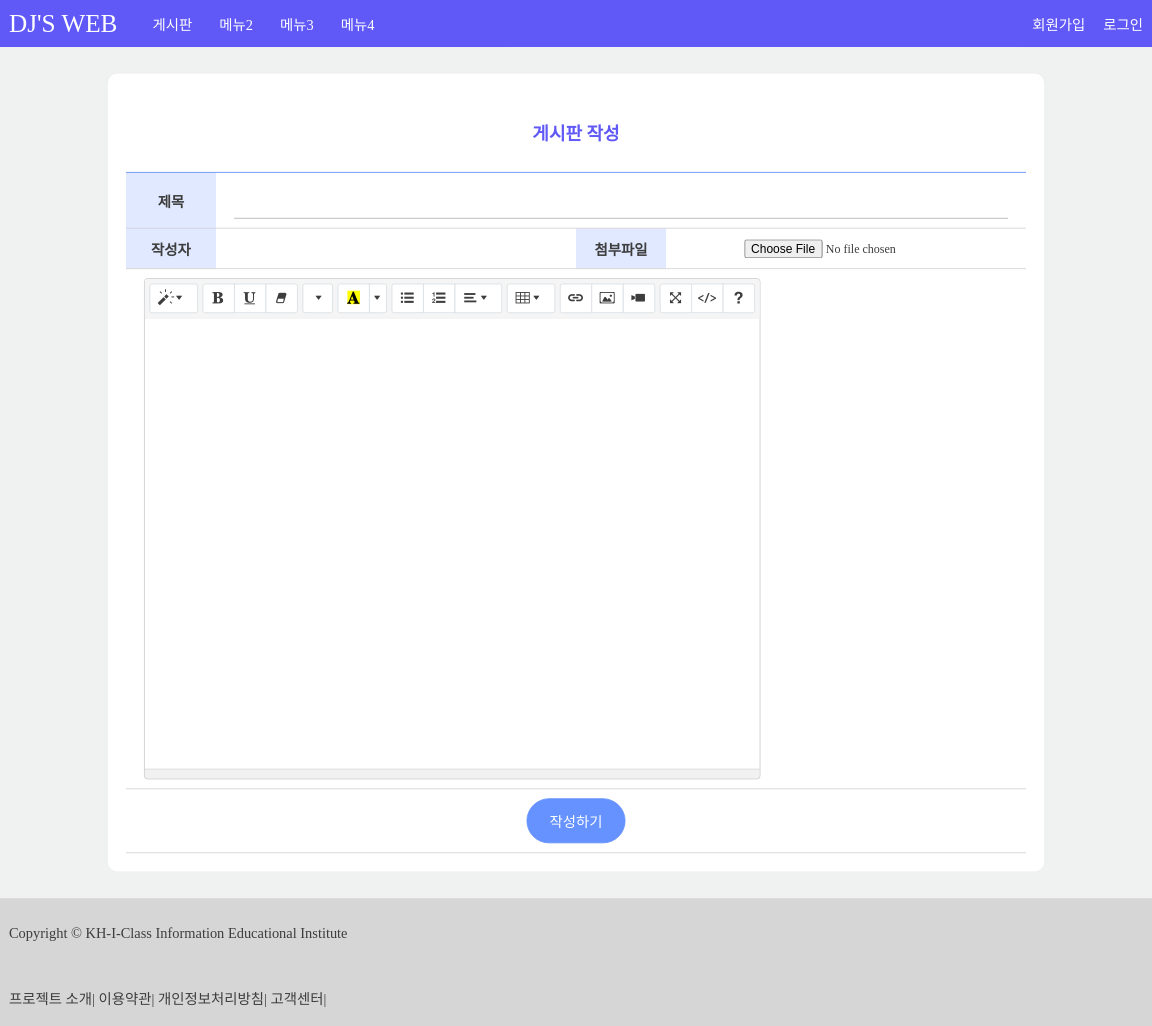
Repository: Godzilla-Man/codingStudy
Page: http://localhost/server_06_notice/WEB-INF/views/notice/editorFrm.jsp
An editor plug-in stored every save of this project. The page is shown before and after the next save, followed by the edit.
The browser window is 1280 px wide. The pictures show the whole page, at 90% of full size.
Some web fonts or font styles are not loaded; a fallback is used. The page is served by Tomcat 9. Nobody is signed in. The template is opened directly, without the code that normally fills it, so the values that code supplies are empty.

Above is the page before, as saved 2025-05-13 04:52:34.

After the next save:
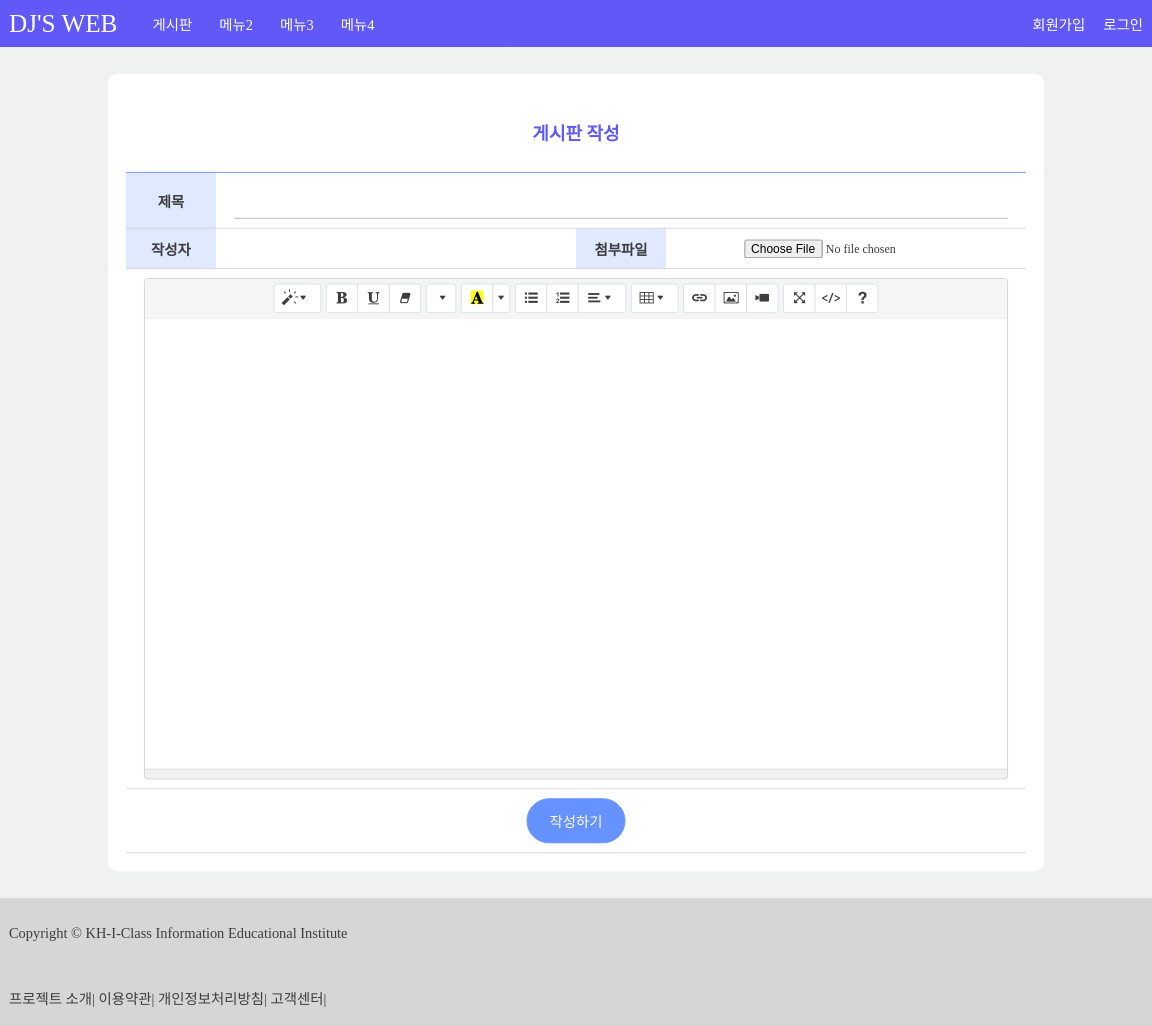
Saved 49 s later.
--- a/server_06_notice/src/main/webapp/WEB-INF/views/notice/editorFrm.jsp
+++ b/server_06_notice/src/main/webapp/WEB-INF/views/notice/editorFrm.jsp
@@ -39,6 +39,10 @@
         /* height: 300px; */ /* Summernote의 height 옵션으로 제어됩니다. */
         width: 100%;      /* Summernote가 이 너비를 참조할 수 있도록 합니다. */
         box-sizing: border-box; /* 패딩이나 테두리를 포함한 너비를 계산합니다. */
+    }
+
+    .notice-write-wrap .note-editor {
+        width: 100% !important; /* 최후의 수단으로 사용 */
     }
 </style>
 
